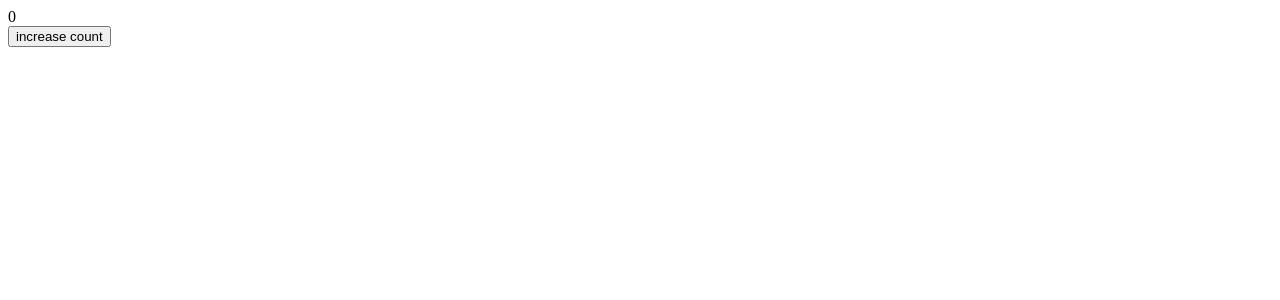
Repository: learn-co-students/redux-create-store-onl01-seng-pt-012120
Page: index.html
These files come from the project's save history. The page is drawn as it stood at one moment and after the next save; the edit follows.
The browser window is 1280 px wide. The pictures show the whole page.

Above is the page before, as saved 2020-10-07 11:10:36.

After the next save:
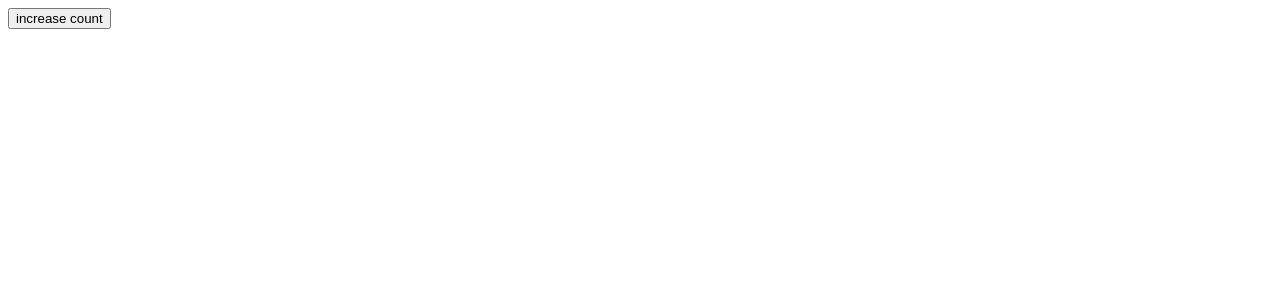
Console error: ReferenceError: state is not defined
Saved 47 min 45 s later.
--- a/js/createStore.js
+++ b/js/createStore.js
@@ -1,4 +1,6 @@
-let state;
+function createStore() {
+  let state;
+}
 
 function reducer(state = { count: 0 }, action) {
   switch (action.type) {
@@ -10,7 +12,7 @@
   }
 };
 
-function dispatch(action){
+function dispatch(action) {
   state = reducer(state, action);
   render();
 };

After the 3 saves that followed:
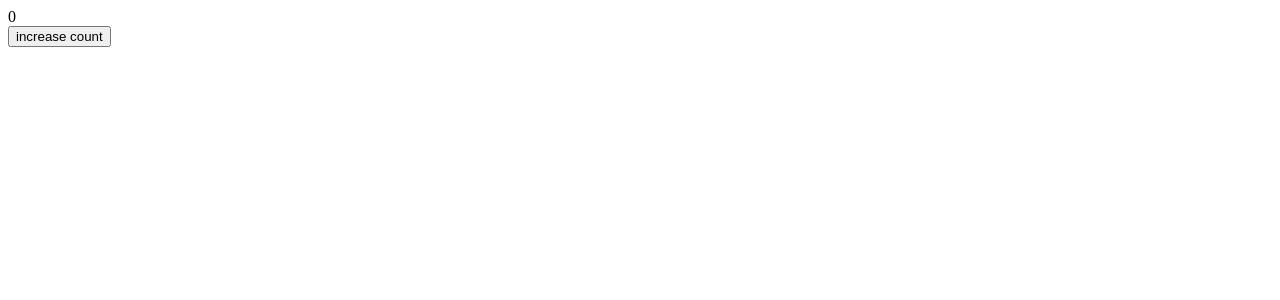
The 3 saves are shown as one change because 2 left the picture as it was.
The last was saved 4 min 54 s later.
--- a/js/createStore.js
+++ b/js/createStore.js
@@ -1,6 +1,23 @@
 function createStore() {
   let state;
-}
+
+  function dispatch(action) {
+    state = reducer(state, action);
+    render();
+  }
+
+  function getState() {
+    return state;
+  }
+
+  return {
+    dispatch,
+    getState
+  };
+};
+
+let store = createStore();
+store.dispatch({ type: '@@INIT' });
 
 function reducer(state = { count: 0 }, action) {
   switch (action.type) {
@@ -19,7 +36,7 @@
 
 function render() {
   let container = document.getElementById('container');
-  container.textContent = state.count;
+  container.textContent = store.getState().count;
 };
 
 dispatch({ type: '@@INIT' })
